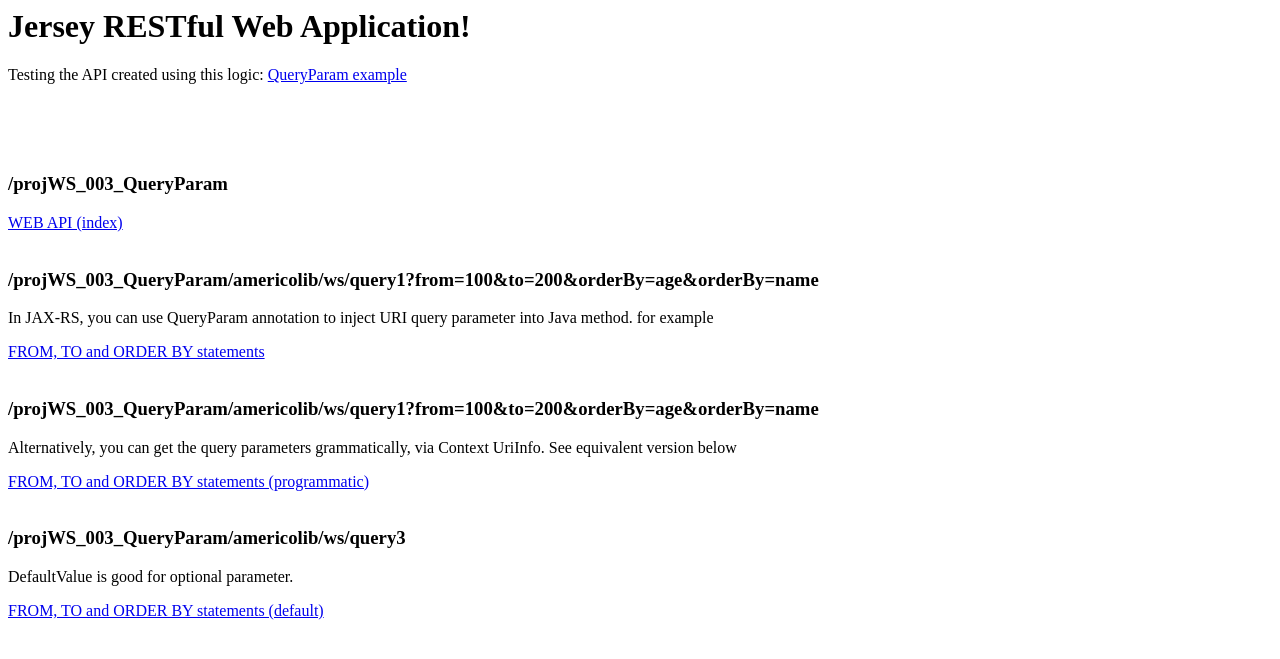
Repository: atafs/BackEnd_JAX-RS_REST_2continue
Page: http://localhost/projWS_003_QueryParam/
The author's editor kept a copy of each file at every save. The page is drawn from the files as they stood at one save, then again after the next save.
The browser window is 1280 px wide. The pictures show the whole page.
The page is served by Tomcat 9.

Above is the page before, as saved 2016-05-02 10:18:06.

After the next save:
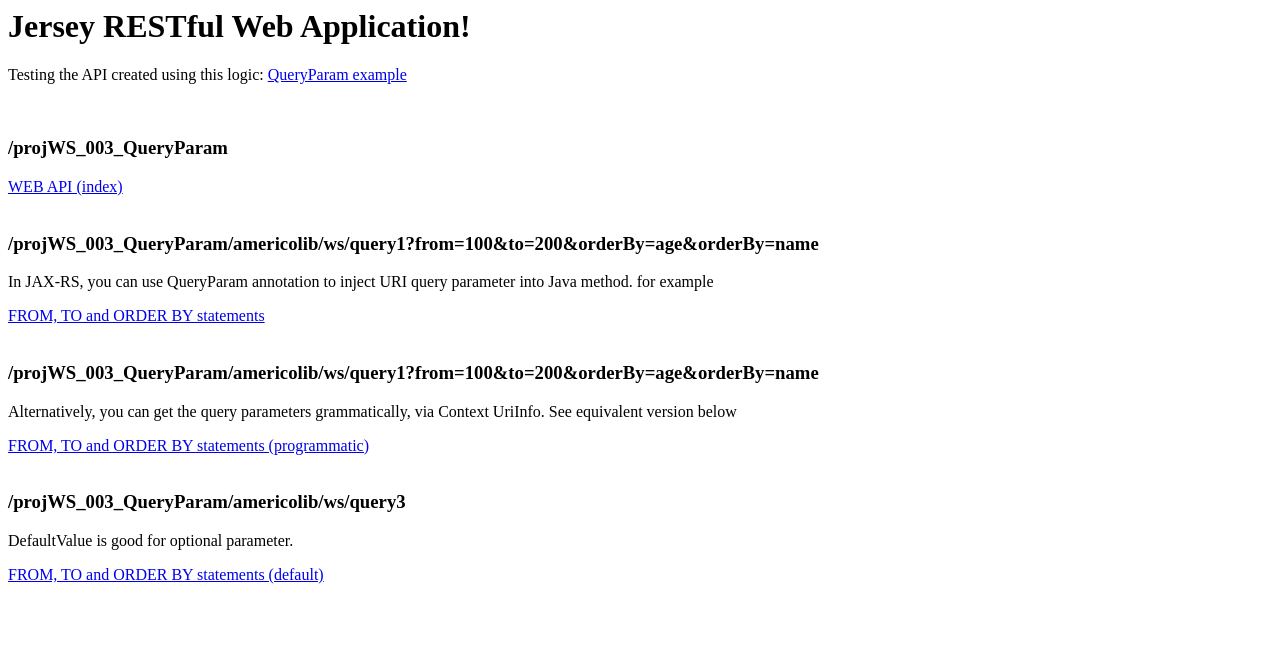
Saved 13 s later.
--- a/projWS_003_QueryParam/src/main/webapp/index.jsp
+++ b/projWS_003_QueryParam/src/main/webapp/index.jsp
@@ -6,7 +6,6 @@
 
 	<!-- TXT -->
 	<p>Testing the API created using this logic: <a href="http://www.mkyong.com/webservices/jax-rs/jax-rs-queryparam-example/">QueryParam example</a></p><br/>
-	<br/><br/>
 
 	<!-- LINKS -->
 	<h3>/projWS_003_QueryParam</h3>
